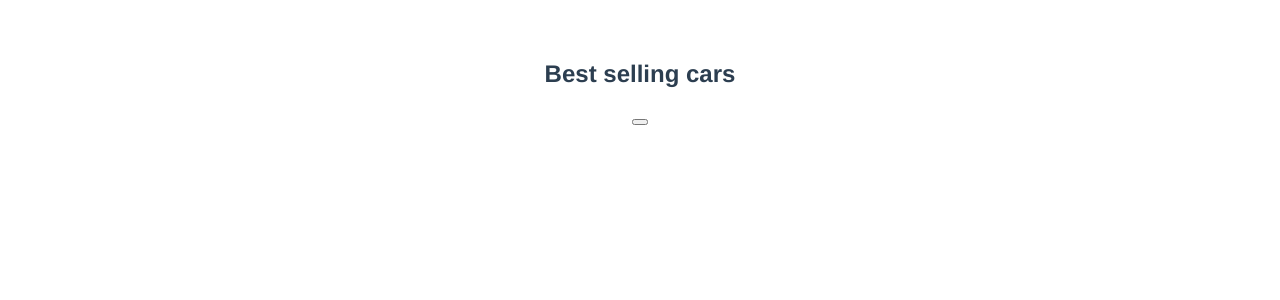
Repository: shadowmare358/vueVinCheck
Page: /
An editor plug-in stored every save of this project. The page is shown before and after the next save, followed by the edit.
The browser window is 1280 px wide. The pictures show the whole page.
The project was rebuilt for these pictures with package versions that can differ from the ones it lists, and the page was loaded fresh each time.

Above is the page before, as saved 2019-10-24 10:24:06.

### public/index.html
<!DOCTYPE html>
<html lang="en">
  <head>
    <meta charset="utf-8">
    <meta http-equiv="X-UA-Compatible" content="IE=edge">
    <meta name="viewport" content="width=device-width,initial-scale=1.0">
    <link rel="icon" href="<%= BASE_URL %>favicon.ico">
    <title>vue-carconfig</title>
  </head>
  <body>
    <noscript>
      <strong>We're sorry but vue-carconfig doesn't work properly without JavaScript enabled. Please enable it to continue.</strong>
    </noscript>
    <div id="app"></div>
    <!-- built files will be auto injected -->
  </body>
</html>

### src/App.vue
<template>
  <div id="app">
    <search></search>
  </div>
</template>

<script>
import Search from './components/Search.vue'

export default {
  name: 'app',
  components: {
    Search
  }
}

</script>

<style>
#app {
  font-family: 'Avenir', Helvetica, Arial, sans-serif;
  -webkit-font-smoothing: antialiased;
  -moz-osx-font-smoothing: grayscale;
  text-align: center;
  color: #2c3e50;
  margin-top: 60px;
}
</style>

### src/components/Search.vue
<template>
    <div class="search">
        <h2>Best selling cars</h2>
    <form v-on:submit.prevent="getResult(query)">
        <button on-click="getResult(query)"></button>
    </form>
    </div>


</template>

<script>
    export default {
        name: "search",
        data(){
            return{
                msg: "Search",
                query: "",
                results: ''
            }
        },
        methods: {

           async getResult(){
               const api_key = "NuJ2q06UO5TRrFU2QfhteMzvIPRz5sNu";
              const response = await fetch(`http://api.marketcheck.com/v1/popular/cars?api_key=${api_key}&car_type=new`,{
                  credentials: "same-origin",
               mode: 'no-cors',
                header: {
            'Access-Control-Allow-Origin':'*',
                }
               })
               const myJson = await response.json();
              alert(myJson);
            }
        }
    }
</script>

<style lang="scss" scoped>

</style>

Loaded but not shown: src/main.js (common file)

After the next save:
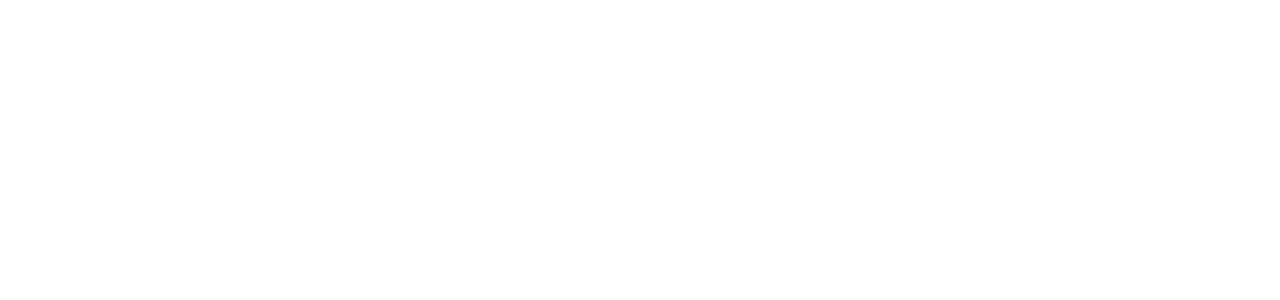
Saved 2 min 17 s later.
--- a/src/components/Search.vue
+++ b/src/components/Search.vue
@@ -1,10 +1,5 @@
 <template>
-    <div class="search">
-        <h2>Best selling cars</h2>
-    <form v-on:submit.prevent="getResult(query)">
-        <button on-click="getResult(query)"></button>
-    </form>
-    </div>
+
 
 
 </template>

After the 3 saves that followed:
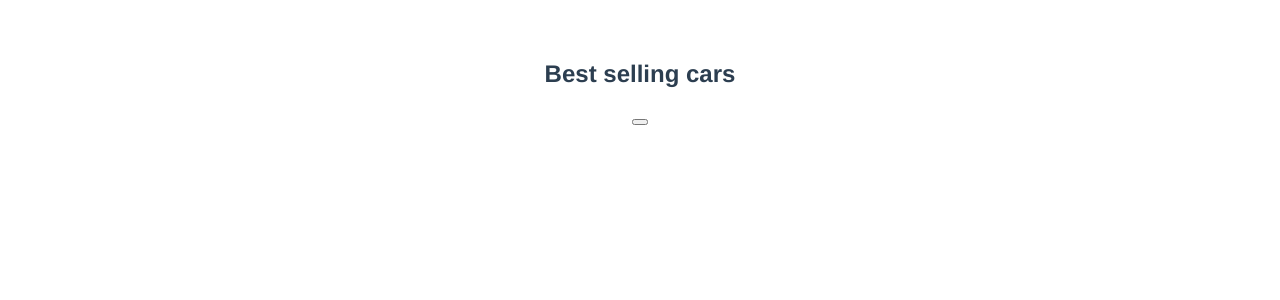
The 3 saves are shown as one change because 1 left the picture as it was and some came seconds apart.
The last was saved 20 s later.
--- a/src/components/Search.vue
+++ b/src/components/Search.vue
@@ -1,5 +1,10 @@
 <template>
-
+    <div class="search">
+        <h2>Best selling cars</h2>
+    <form v-on:submit.prevent="getResult(query)">
+        <button on-click="getResult(query)"></button>
+    </form>
+    </div>
 
 
 </template>
